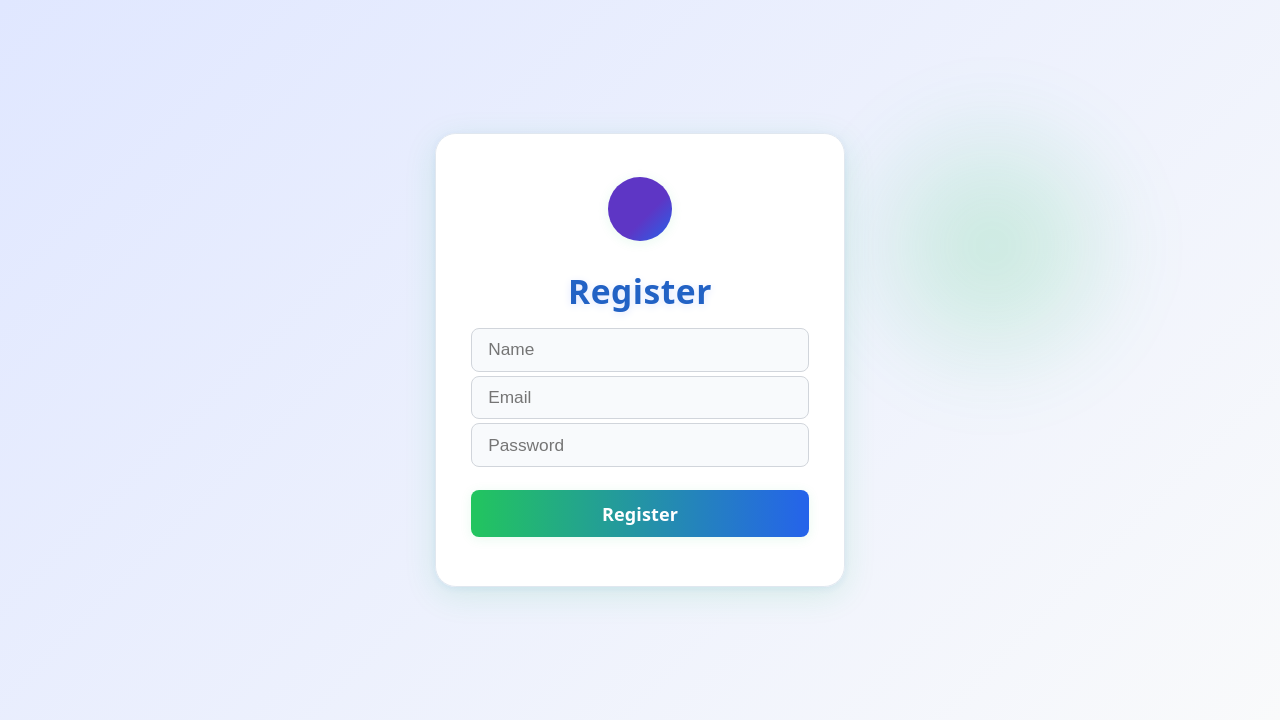
Repository: him021204/Task-Manager
Page: /register (app in client/)
An editor plug-in stored every save of this project. The page is shown before and after the next save, followed by the edit.
The browser window is 1280 px wide. The pictures show the whole page.
The page's requests for data from a server got no answer. The project was rebuilt for these pictures with package versions that can differ from the ones it lists, and the page was loaded fresh each time. No one was signed in, and anything a server would have sent is missing. Also part of the build but not shown: client/vite.config.js, client/src/pages/Dashboard.css, client/src/pages/Dashboard.jsx, client/src/pages/Login.css, client/src/pages/Login.jsx, client/src/pages/Analytics.css, client/src/pages/Analytics.jsx, client/src/pages/CalendarView.css and 1 more.

Above is the page before, as saved 2025-06-19 20:01:39.

After the next save:
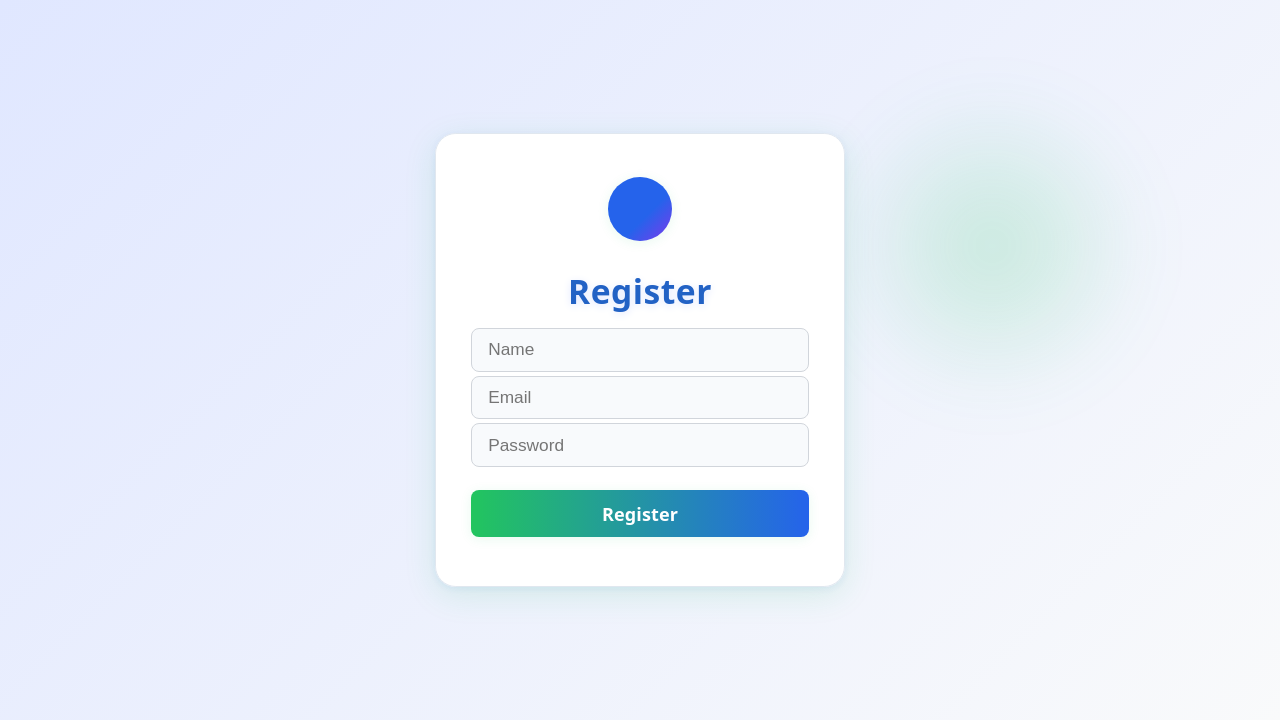
Saved 47 s later.
--- a/client/src/pages/Register.css
+++ b/client/src/pages/Register.css
@@ -48,7 +48,7 @@
   width: 64px;
   height: 64px;
   border-radius: 50%;
-  background: linear-gradient(135deg, #5e36c5 60%, #2563eb 100%);
+  background: linear-gradient(135deg, #2563eb 60%, #7c3aed 100%);
   display: flex;
   align-items: center;
   justify-content: center;
